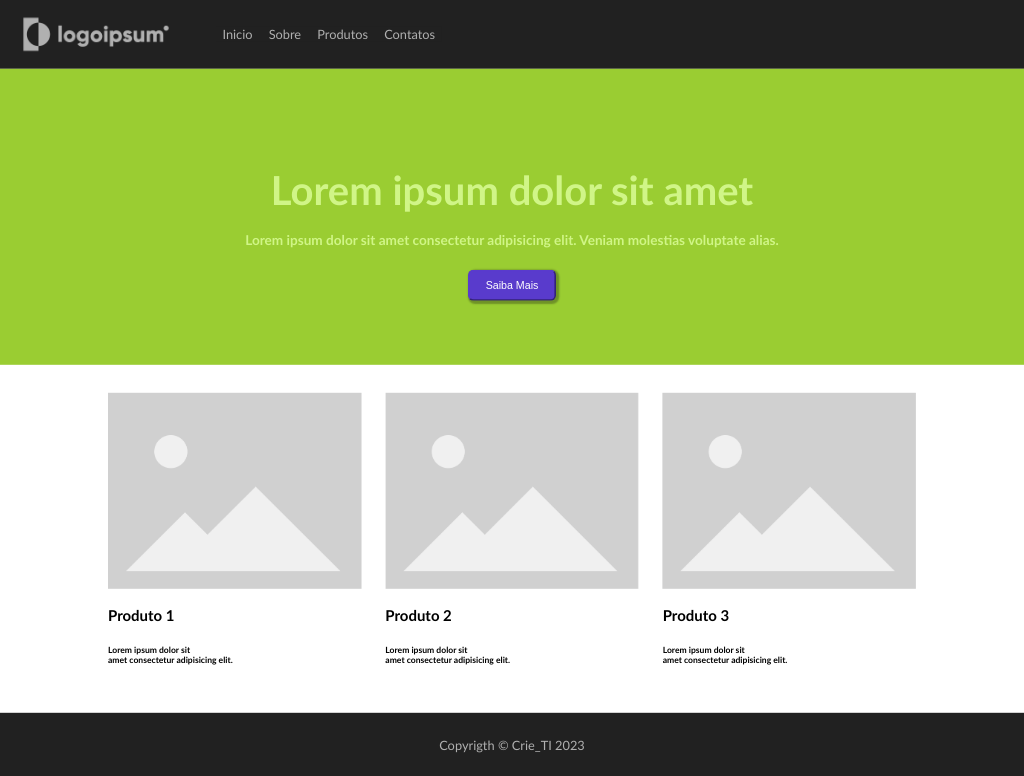
Repository: robsonwssantos/Projeto_Olaria
Page: Exercicios/ex.01/index.html
These files come from the project's save history. The page is drawn as it stood at one moment and after the next save; the edit follows.
The browser window is 1280 px wide. The pictures show the whole page, at 80% of full size.

Above is the page before, as saved 2023-04-21 13:17:20.

After the next save:
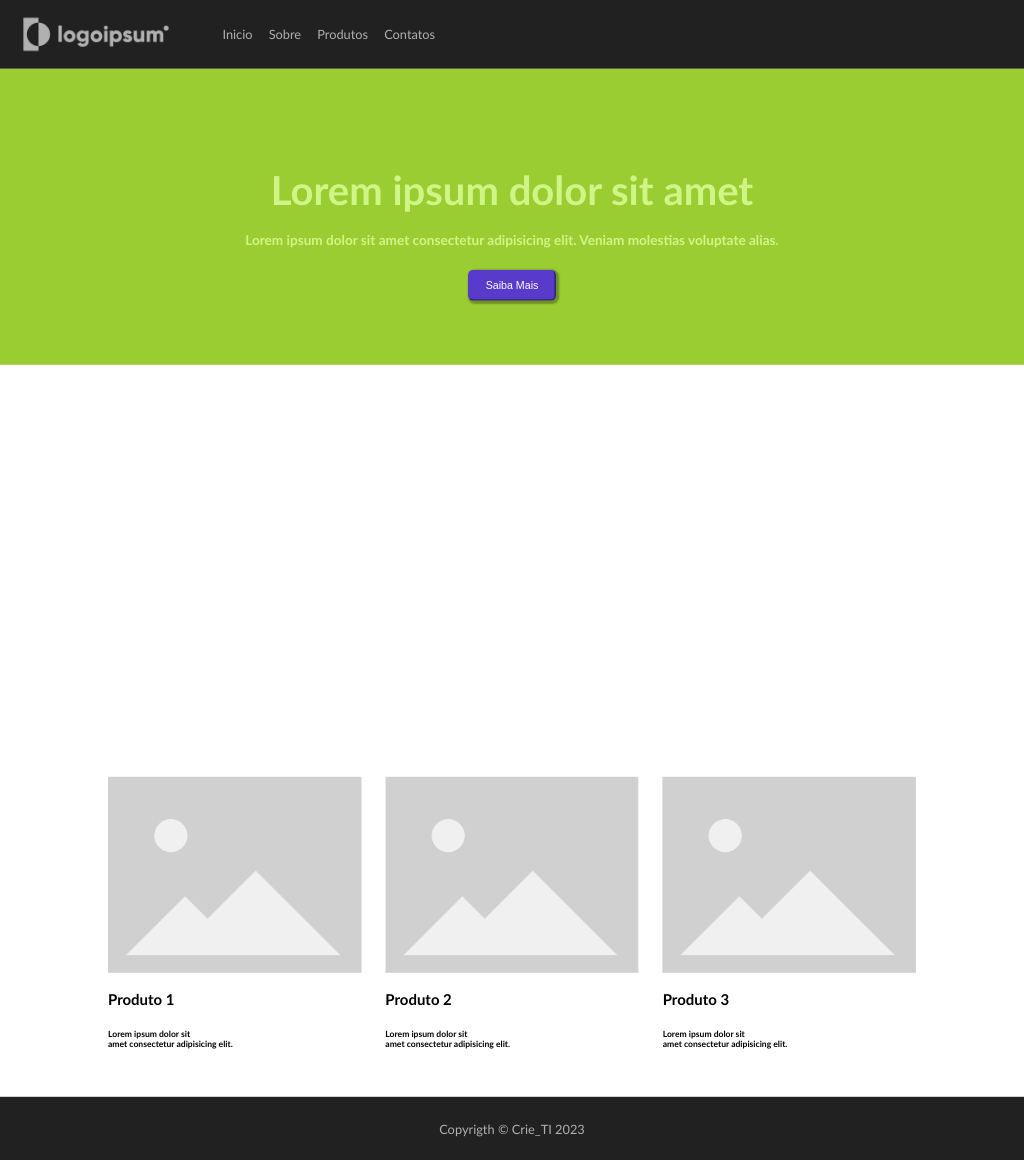
Saved 12 s later.
--- a/Exercicios/ex.01/index.html
+++ b/Exercicios/ex.01/index.html
@@ -77,7 +77,7 @@
 
 
         .container {
-            margin: 20px 120px 20px 120px;
+            margin: 500px 120px 20px 120px;
             display: flex;
             border-top: none;
             padding-top: 0;

After the save that followed:
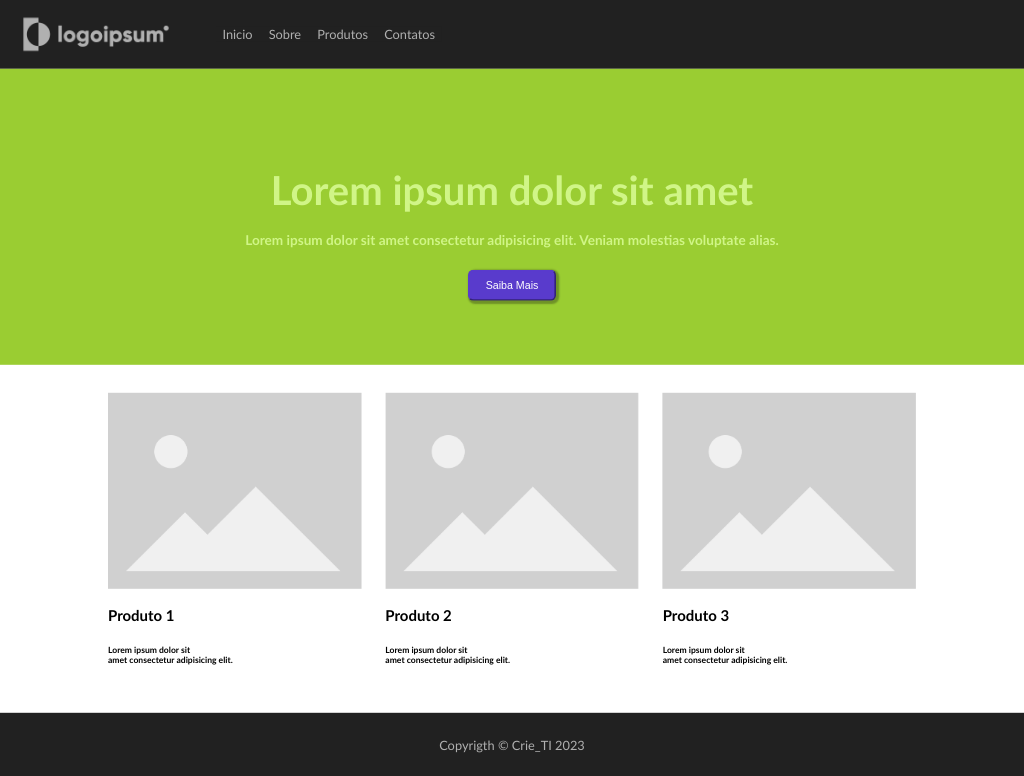
Saved 99 s later.
--- a/Exercicios/ex.01/index.html
+++ b/Exercicios/ex.01/index.html
@@ -77,7 +77,7 @@
 
 
         .container {
-            margin: 500px 120px 20px 120px;
+            margin: 20px 120px 20px 120px;
             display: flex;
             border-top: none;
             padding-top: 0;
